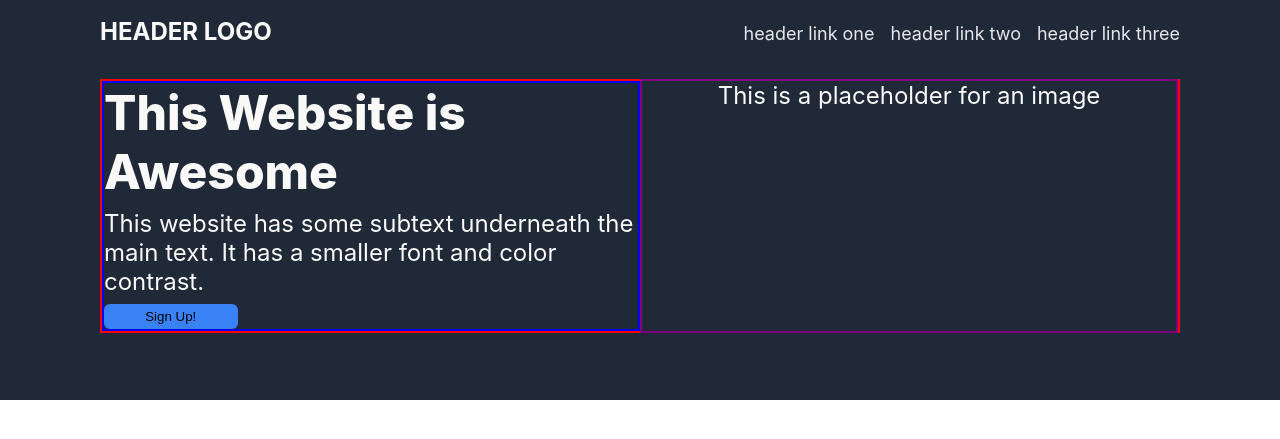
Repository: bbrockbrown/landing-page
Page: index.html
An editor plug-in stored every save of this project. The page is shown before and after the next save, followed by the edit.
The browser window is 1280 px wide. The pictures show the whole page.

Above is the page before, as saved 2024-07-24 15:25:02.

### index.html
<!DOCTYPE html>
<html lang="en">
<head>
    <meta charset="UTF-8">
    <meta name="viewport" content="width=device-width, initial-scale=1.0">
    <link rel="stylesheet" href="styles.css">
    <title>Landing Page</title>
</head>
<body>

    <div class="header">
        <div class="upper-header">
            <div class="logo" style="font-weight: bolder">HEADER LOGO</div>
            <ul class="header-links">
                <li><a href="https://www.google.com/" target="_blank">header link one</a></li>
                <li><a href="https://www.google.com/" target="_blank">header link two</a></li>
                <li><a href="https://www.google.com/" target="_blank">header link three</a></li>
            </ul>
        </div>

        <div class="header-content">
            <div class="header-text">
                <div class="awesome-text">
                    This Website is Awesome
                </div>
                <div class="subtext">
                    This website has some subtext underneath the main text.
                    It has a smaller font and color contrast.
                </div>
                <button class="signup-button">Sign Up!</button>
            </div>

            <div class="header-image">
                This is a placeholder for an image
            </div>
        </div>
    </div>




    <div class="body">
        <div class="box-container">

        </div>

        <div class="quote-container">

        </div>
    </div>

    <div class="sign-up">

    </div>

    <div class="footer">

    </div>

</body>
</html>

### styles.css
body {
    font-family: -apple-system, BlinkMacSystemFont, 'Segoe UI', Roboto, Oxygen, Ubuntu, Cantarell, 'Open Sans', 'Helvetica Neue', sans-serif;
    margin: 0;
    min-height: 100vh;
    display: flex;
    flex-direction: column;
}

.header {
    background-color: #1F2937;
    font-size: 24px;
    color: #F9FAF8;
    display: flex;
    padding: 0px 100px 50px 100px;
    height: 350px;
    flex-direction: column;
    justify-content: space-around;
}

.upper-header {
    display: flex;
    justify-content: space-between;
}

.header-content {
    display: flex;
    text-align: left;
    align-items: center;
    border: red solid 2px;
}

.header-text {
    border: blue solid 2px;
    width: 50%;
    display: flex;
    flex-flow: column wrap;
    gap: 8px;
}

.header-image {
    text-align: center;
    width: 50%;
    height: 100%;
    border: purple solid 2px;
}

.awesome-text {
    font-size: 48px;
    font-weight: 800;
}

button {
    padding: 5px 30px 5px 30px;
    border-radius: 6px;
    width: 25%;
}

.signup-button {
    background-color: #3882F6;
    border: none;

}

ul {
    margin: 0;
    padding: 0;
    list-style: none;
    display: flex;
    gap: 16px;
}

a {
    text-decoration: none;
    font-size: 18px;
    color: #E5E7EB;
}


.body {
    display: flex;
    flex: 1;
}

After the next save:
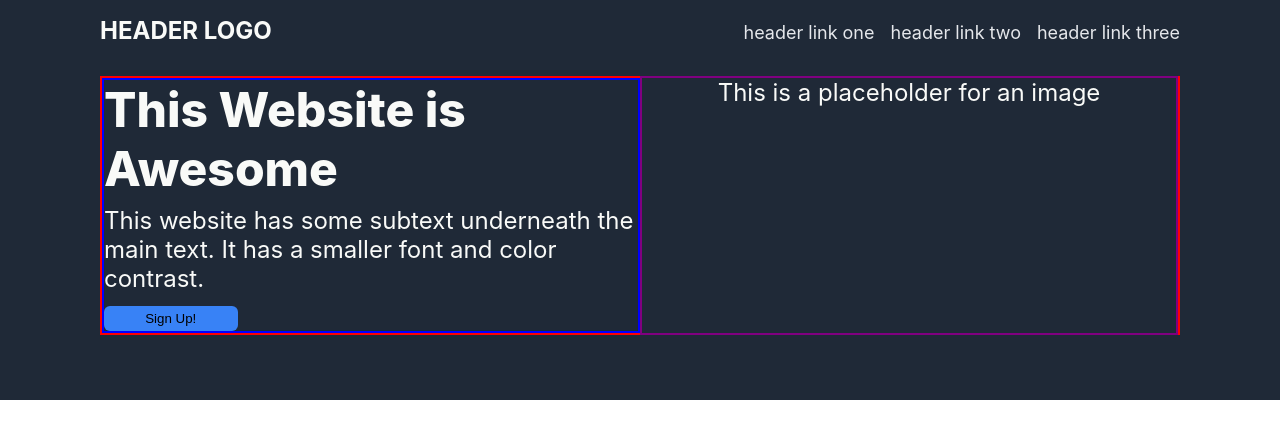
Saved 14 s later.
--- a/styles.css
+++ b/styles.css
@@ -58,7 +58,7 @@ button {
 .signup-button {
     background-color: #3882F6;
     border: none;
-
+    margin-top: 5px;
 }
 
 ul {
